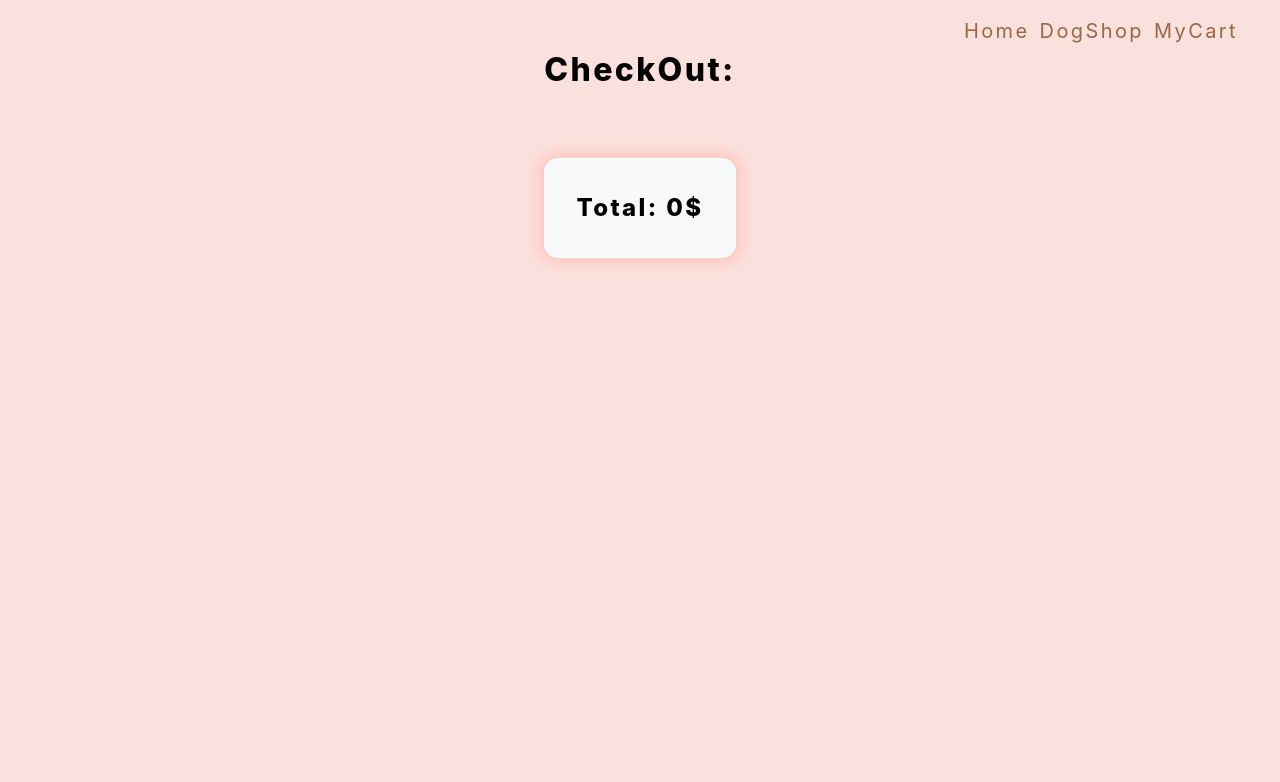
Repository: hoangbayern/dog_shop
Page: /cart (app in frontend/)
The author's editor kept a copy of each file at every save. The page is drawn from the files as they stood at one save, then again after the next save.
The browser window is 1280 px wide. The pictures show the whole page.
The page's requests for data from a server got no answer. The project was rebuilt for these pictures with package versions that can differ from the ones it lists, and the page was loaded fresh each time. No one was signed in, and anything a server would have sent is missing. Also part of the build but not shown: frontend/src/components/Home/Home.jsx, frontend/src/components/Dogs/dogs.css, frontend/src/components/Dogs/DogsCart.jsx, frontend/src/components/Dogs/DogPage.jsx.

Above is the page before, as saved 2023-08-04 00:30:10.

After the next save:
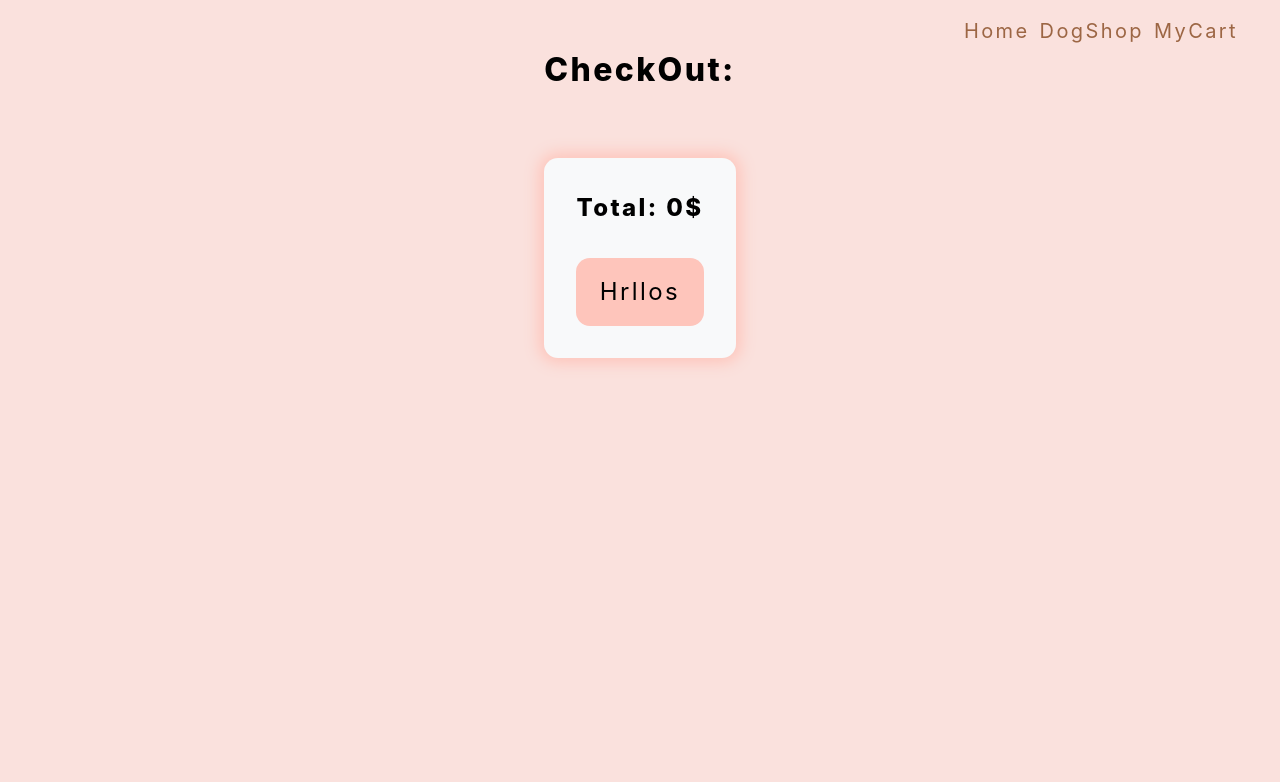
Saved 2 min 18 s later.
--- a/frontend/src/components/Cart/MyCart.jsx
+++ b/frontend/src/components/Cart/MyCart.jsx
@@ -19,6 +19,7 @@ export const MyCart = () => {
             );
           })}
           <div className="cart-total"> Total: {total}$ </div>
+          <div className="cart-checkout">Hrllos</div>
         </div>
       </section>
     </>
